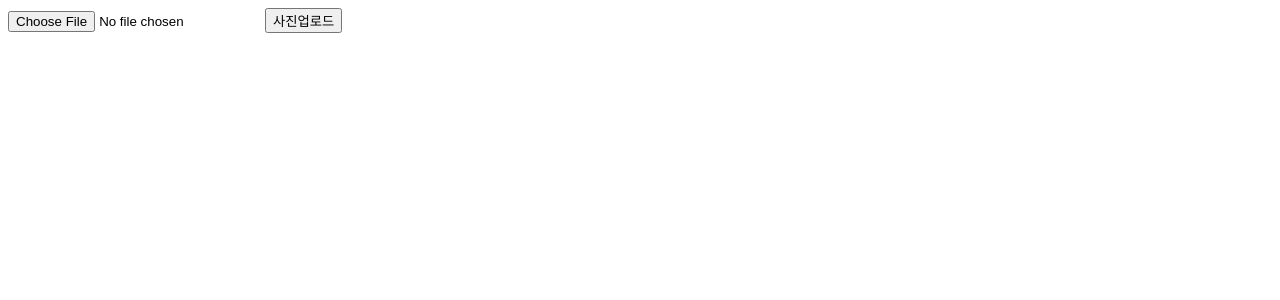
Repository: hwangstar156/UI-collection
Page: index.html
An editor plug-in stored every save of this project. The page is shown before and after the next save, followed by the edit.
The browser window is 1280 px wide. The pictures show the whole page.

Above is the page before, as saved 2021-08-30 22:23:37.

### index.html
<!DOCTYPE html>
<html lang="en">
<head>
    <meta charset="UTF-8">
    <meta http-equiv="X-UA-Compatible" content="IE=edge">
    <meta name="viewport" content="width=device-width, initial-scale=1.0">
    <title>UI-COMPONENT</title>
    <link rel="stylesheet" href="styles.css">
    <script src="app.js" defer></script>
</head>
<body>
    <form action="">
        <input type="file" id="chooseFile" name="chooseFile" class="img-input" required>
        <button class="submit-btn">사진업로드</button>
    </form>
    <div class="img">

    </div>
</body>
</html>

### styles.css
.img {
  width: 150px;
  height: 150px;
  overflow: hidden;
  border-radius: 50%;
  position: absolute;
  left: 300px;
  top: 300px;
}

.profile-img {
  display: block;
}

### app.js
const realInput = document.querySelector(".img-input");
const imgTag = document.querySelector(".img");

var resizeImage = function (settings) {
  var file = settings.file;
  var maxSize = settings.maxSize;
  var reader = new FileReader();
  var image = new Image();
  var canvas = document.createElement("canvas");
  var dataURItoBlob = function (dataURI) {
    var bytes =
      dataURI.split(",")[0].indexOf("base64") >= 0
        ? atob(dataURI.split(",")[1])
        : unescape(dataURI.split(",")[1]);
    var mime = dataURI.split(",")[0].split(":")[1].split(";")[0];
    var max = bytes.length;
    var ia = new Uint8Array(max);
    for (var i = 0; i < max; i++) ia[i] = bytes.charCodeAt(i);
    return new Blob([ia], { type: mime });
  };
  var resize = function () {
    var width = image.width;
    var height = image.height;
    if (width > height) {
      if (width > maxSize) {
        height *= maxSize / width;
        width = maxSize;
      }
    } else {
      if (height > maxSize) {
        width *= maxSize / height;
        height = maxSize;
      }
    }
    canvas.width = width;
    canvas.height = height;
    canvas.getContext("2d").drawImage(image, 0, 0, width, height);
    var dataUrl = canvas.toDataURL("image/jpeg");
    return dataURItoBlob(dataUrl);
  };
  return new Promise(function (ok, no) {
    if (!file) {
      return;
    }
    if (!file.type.match(/image.*/)) {
      no(new Error("Not an image"));
      return;
    }
    reader.onload = function (readerEvent) {
      image.onload = function () {
        return ok(resize());
      };
      image.src = readerEvent.target.result;
    };
    reader.readAsDataURL(file);
  });
};

const handleImgInput = (e) => {
  const config = {
    file: e.target.files[0],
    maxSize: 350,
  };
  resizeImage(config)
    .then((resizedImage) => {
      const url = window.URL.createObjectURL(resizedImage);
      const img = document.createElement("img");
      img.setAttribute("src", url);
      img.className = "profile-img";
      img.style.display = "block";
      imgTag.appendChild(img);
    })
    .then(() => {
      const img = document.querySelector(".profile-img");
      img.onload = () => {
        const widthDiff = (img.clientWidth - imgTag.offsetWidth) / 2;
        const heightDiff = (img.clientHeight - imgTag.offsetHeight) / 2;
        img.style.transform = `translate( -${widthDiff}px , -${heightDiff}px)`;
      };
    })
    .catch((err) => {
      console.log(err);
    });
};

realInput.addEventListener("change", handleImgInput);

After the next save:
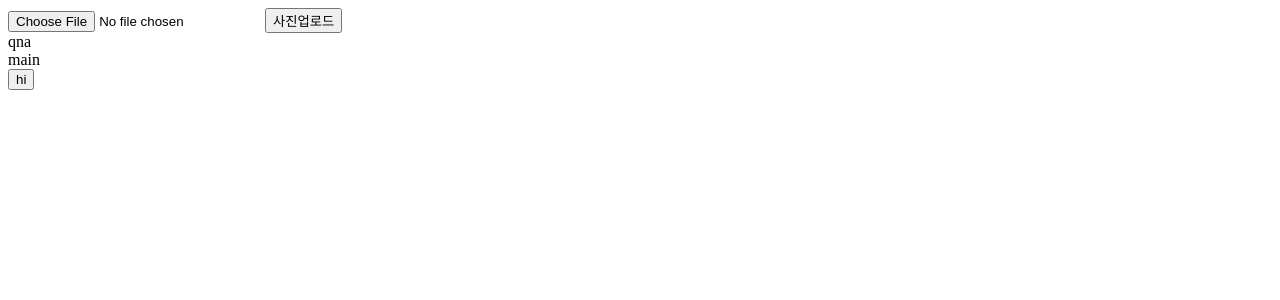
Saved 14 h 47 min later.
--- a/index.html
+++ b/index.html
@@ -16,5 +16,10 @@
     <div class="img">
 
     </div>
+    <div class="qna">
+        qna
+    </div>
+    <div class="main">main</div>
+    <button class="btn">hi</button>
 </body>
 </html>
